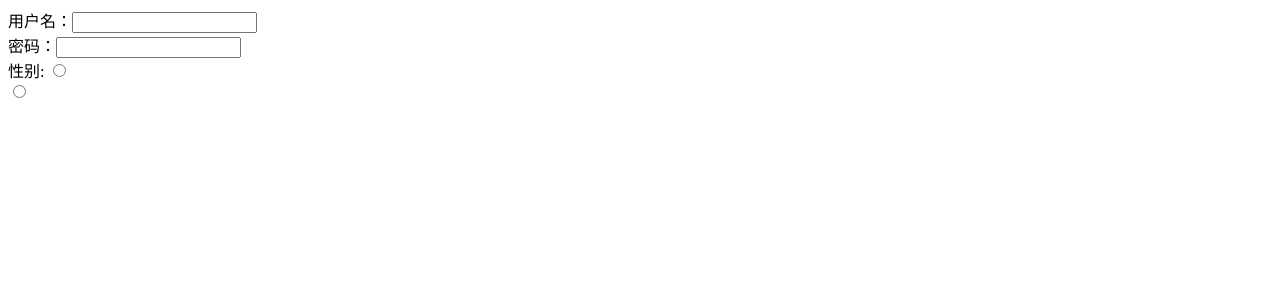
Repository: zhenyusu/j2eeDemo
Page: day09_01_HttpServletRequest/WebRoot/register.html
An editor plug-in stored every save of this project. The page is shown before and after the next save, followed by the edit.
The browser window is 1280 px wide. The pictures show the whole page.

Above is the page before, as saved 2018-02-22 13:22:32.

### day09_01_HttpServletRequest/WebRoot/register.html
<!DOCTYPE html PUBLIC "-//W3C//DTD HTML 4.01 Transitional//EN" "http://www.w3.org/TR/html4/loose.dtd">
<html>
<head>
<meta http-equiv="Content-Type" content="text/html; charset=UTF-8">
<title>Insert title here</title>
</head>
<body>
	<form action = "#" method = "get">
		用户名：<input type = "text" name = "username"/></br>
		密码：<input type = "password" name = "pwd"/></br>
		性别: <input type = "radio" name = "sex" value = "男"/></br>
			<input type = "radio" name = "sex" value = "女"/></br>


	</form>

</body>
</html>

After the next save:
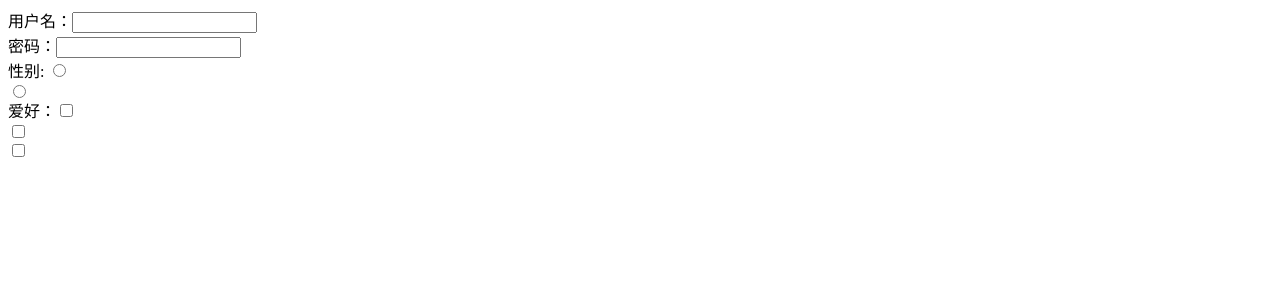
Saved 101 s later.
--- a/day09_01_HttpServletRequest/WebRoot/register.html
+++ b/day09_01_HttpServletRequest/WebRoot/register.html
@@ -11,7 +11,9 @@
 		性别: <input type = "radio" name = "sex" value = "男"/></br>
 			<input type = "radio" name = "sex" value = "女"/></br>
 
-
+		爱好：<input type = "checkbox" name = "hobby" value = "篮球"/></br>
+			<input type = "checkbox" name = "hobby" value = "足球"/></br>
+			<input type = "checkbox" name = "hobby" value = "唱歌"/></br>
 	</form>
 
 </body>
